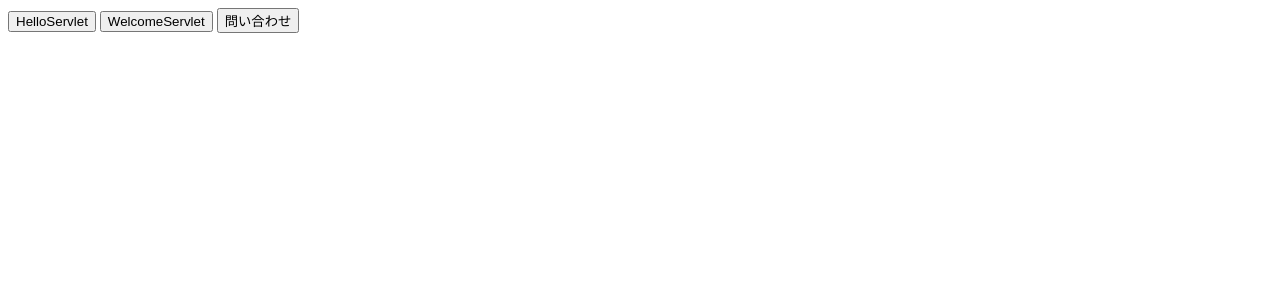
Repository: emiK1229/test
Page: http://localhost/HelloServlet/
The author's editor kept a copy of each file at every save. The page is drawn from the files as they stood at one save, then again after the next save.
The browser window is 1280 px wide. The pictures show the whole page.
The page is served by Tomcat 9. Other server files are loaded and not shown.

Above is the page before, as saved 2019-04-22 05:03:11.

### HelloServlet/WebContent/index.jsp
<%@ page language="java" contentType="text/html; charset=UTF-8"
    pageEncoding="UTF-8"%>
<!DOCTYPE html>
<html>
<head>
<meta charset="UTF-8">
<title>HelloServlet</title>
</head>
<body>
<input type="button" value="HelloServlet" onClick="location.href='HelloServlet'">
<input type="button" value="WelcomeServlet" onClick="location.href='welcome.jsp'">
<input type="button" value="問い合わせ" onClick="location.href='inquiry.jsp'">
</body>
</html>

After the next save:
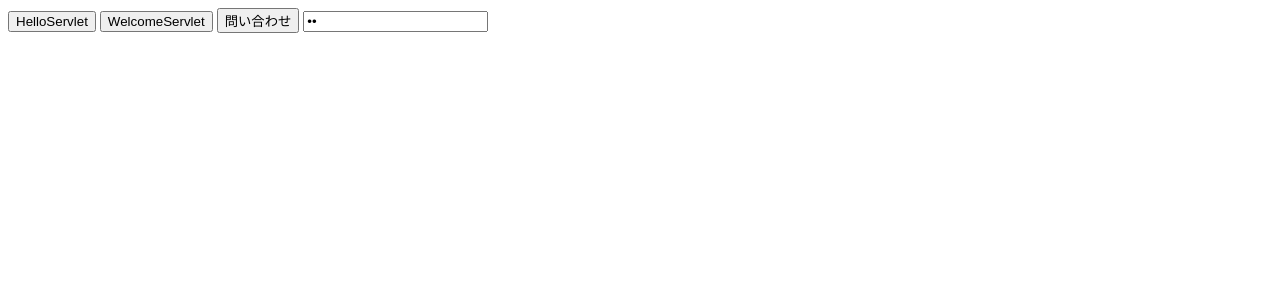
Saved 83 s later.
--- a/HelloServlet/WebContent/index.jsp
+++ b/HelloServlet/WebContent/index.jsp
@@ -10,5 +10,6 @@
 <input type="button" value="HelloServlet" onClick="location.href='HelloServlet'">
 <input type="button" value="WelcomeServlet" onClick="location.href='welcome.jsp'">
 <input type="button" value="問い合わせ" onClick="location.href='inquiry.jsp'">
+<input type="password" value="送信">
 </body>
 </html>
